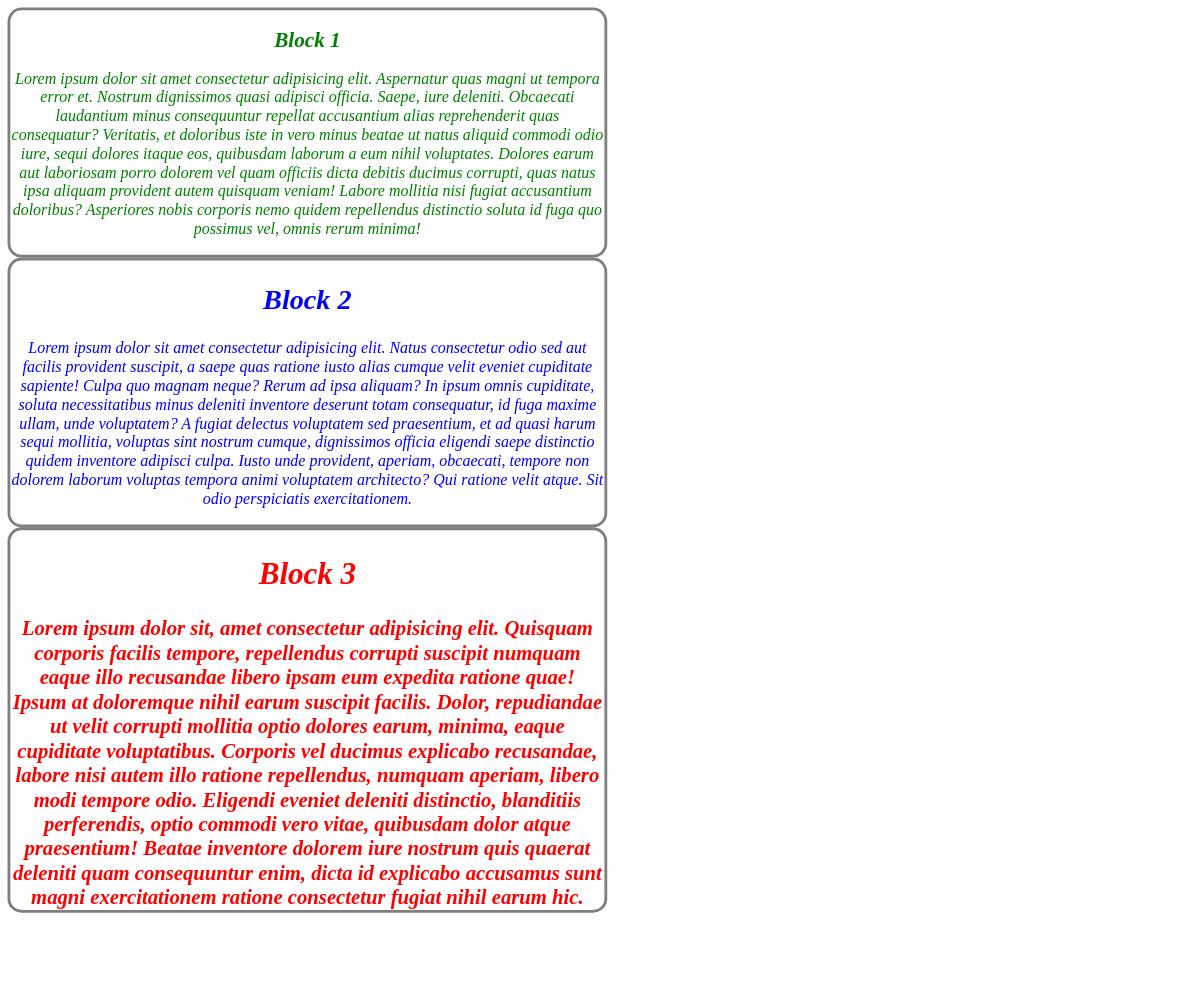
Repository: archangel88/elbrus_homework
Page: phase-0/week-3/day-3/css-fonts/index.html
These files come from the project's save history. The page is drawn as it stood at one moment and after the next save; the edit follows.
The browser window is 1280 px wide. The pictures show the whole page, at 94% of full size.

Above is the page before, as saved 2025-10-08 23:07:44.

After the next save:
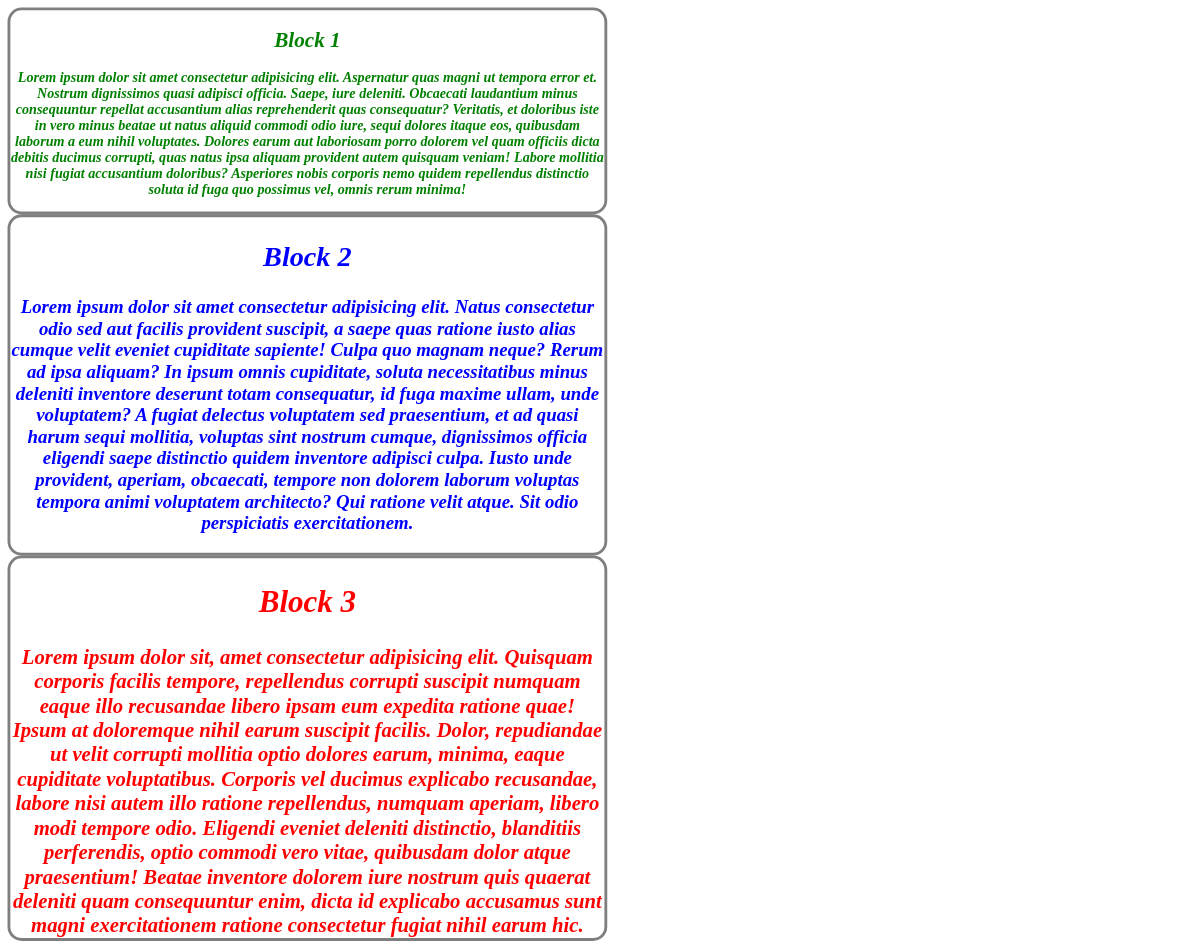
Saved 3 s later.
--- a/phase-0/week-3/day-3/css-fonts/style.css
+++ b/phase-0/week-3/day-3/css-fonts/style.css
@@ -30,10 +30,3 @@ div {
     font-size: 22px;
     color: red;
 }
-
-p{
-    font-family: IBM, cursive;
-    font-weight: 100;
-    font-style: italic;
-    font-size: 17px;
-}
